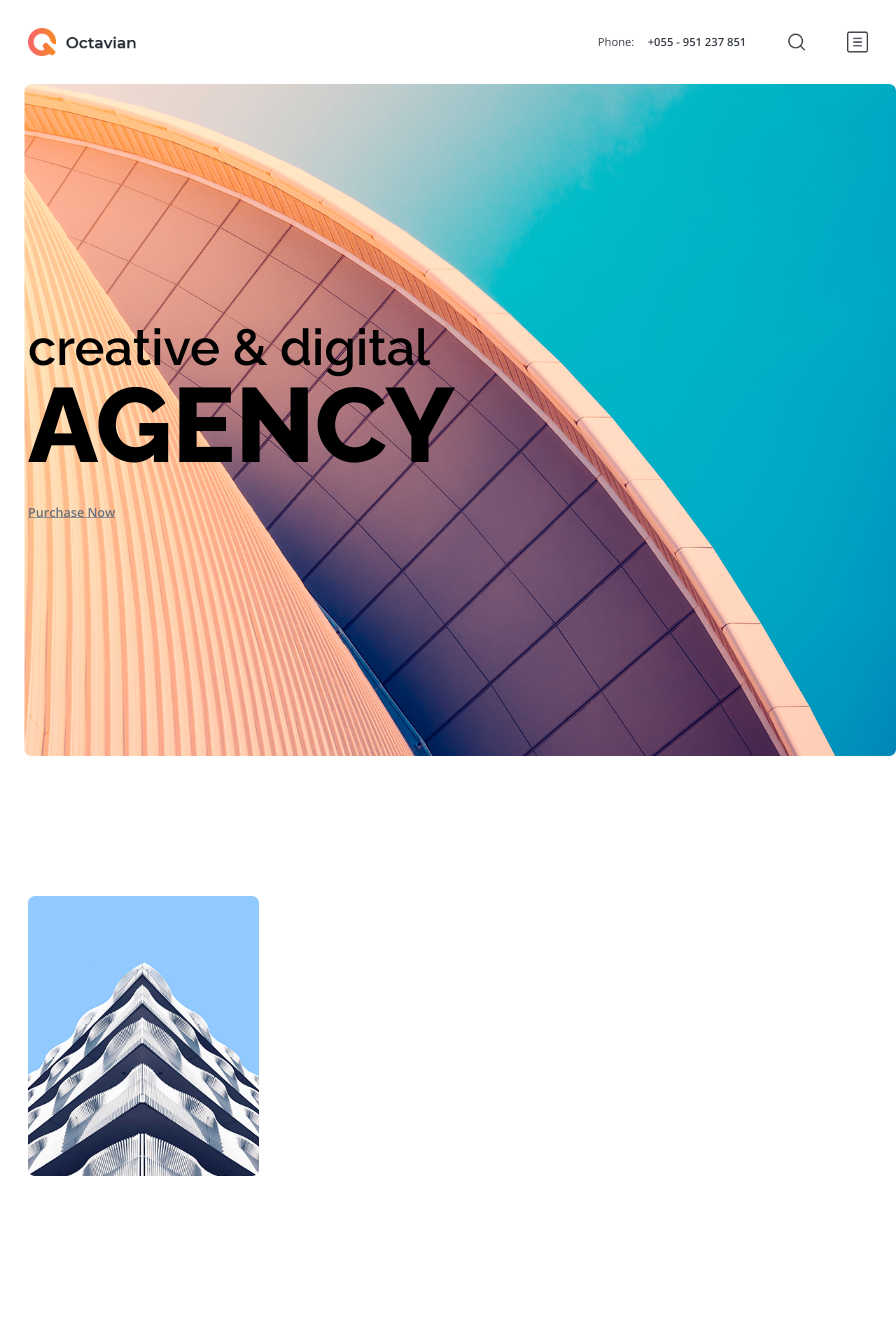
Repository: kate30980/LP-practiceoctavian
Page: index.html
An editor plug-in stored every save of this project. The page is shown before and after the next save, followed by the edit.
The browser window is 1280 px wide. The pictures show the whole page, at 70% of full size.
The style sheet was rebuilt from its Sass, Less or Tailwind sources for each picture, by a compiler version that may differ from the author's.

Above is the page before, as saved 2021-08-25 09:29:39.

### index.html
<!DOCTYPE html>
<html lang="en">

<head>
    <meta charset="UTF-8">
    <meta http-equiv="X-UA-Compatible" content="IE=edge">
    <meta name="viewport" content="width=device-width, initial-scale=1.0">
    <title>Octavian LP</title>
    <script type="module" src="https://unpkg.com/ionicons@5.5.2/dist/ionicons/ionicons.esm.js"></script>
    <script nomodule src="https://unpkg.com/ionicons@5.5.2/dist/ionicons/ionicons.js"></script>
    <link rel="preconnect" href="https://fonts.googleapis.com">
    <link rel="preconnect" href="https://fonts.gstatic.com" crossorigin>
    <link
        href="https://fonts.googleapis.com/css2?family=Open+Sans:wght@300;400;600;700&family=Raleway:wght@600;700;800&display=swap"
        rel="stylesheet">
    <link rel="stylesheet" href="css/app.css">
</head>

<body>
    <header class="header">
        <div class="container">
            <div class="header-main">
                <img src="./images/logo.png" alt="logo-header" class="header-logo">
                <div class="navigation">
                    <p class="header-phone">Phone: <span>+055 - 951 237 851</span></p>
                    <img src="./images/icon-search.png" alt="" class="icon-search">
                    <img src="./images/icon-bars.png" alt="" class="icon-toggle">
                </div>
            </div>
        </div>
    </header>
    <main>
        <section class="hero">
            <img src="./images/img1.png" alt="img-header" class="hero-image">
            <div class="container">
                <div class="hero-content">
                    <h2 class="hero-caption second-font">creative & digital</h2>
                    <h1 class="hero-heading second-font">Agency</h1>
                    <a href="#" class="hero-link">Purchase Now</a>
                </div>
            </div>
        </section>
        <section class="portfolio">
            <div class="container">
                <div class="portfolio-list">
                    <div class="portfolio-collumn">
                        <div class="portfolio-item">
                            <div class="portfolio-image">
                                <img src="./images/img2.png" alt="img2">
                            </div>
                        </div>
                    </div>
                    <div class="portfolio-collumn"></div>
                    <div class="portfolio-collumn"></div>
                </div>
            </div>
        </section>
    </main>
</body>

</html>

### sass/app.scss
@import "variables";
@import "reset";
@import "base";
@import "header";
@import "hero";
@import "portfolio";

### sass/_variables.scss
$primary-font: "Open sans", sans-serif;
$secondary-font: "Raleway", sans-serif;
$gray: #393e46;
$gray-light: #6a727f;

### sass/_base.scss
body{
    font-family: $primary-font;
    font-size: 16px;
    line-height:1;
    color: $gray-light;
    max-width: 1920px;
    margin: 0 auto;
}
.container{
    max-width: 1200px;
    margin: 0 auto;
    padding:0 15px;
}
.second-font{
    font-family: $secondary-font;
}

### sass/_header.scss
.header{
    &-main{
         display: flex;
         justify-content: space-between;
         align-items: center;
         padding: 40px 0;
    }
    &-phone{
        color: $gray;
        font-weight: 300;
        span{
            font-weight: 600;
            margin-left: 15px;
        }
    }
}
.navigation{
    display: flex;
    align-items: center;
    gap: 0 60px;
}

### sass/_hero.scss
.hero{
    position: relative;
    margin-bottom: 200px;
    &-image{
        margin-left: auto;
        display: block;
    }
    &-content{
        position: absolute;
        top: 50%;
        transform: translateY(-50%);
        z-index: 2;
    }
    &-caption{
        font-size: 72px;
        font-weight: 600;
        color: black;
    }
    &-heading{
        font-weight: 800;font-size: 150px;
        text-transform: uppercase;
        margin-bottom: 40px;
        color: black;
    }
    &-link{
        font-size: 18px;
        text-decoration: underline;
        color: $gray-light;
        display: inline-block;
        font-weight: 600;
    }
}

### sass/_portfolio.scss
.portfolio{
    margin-bottom: 200px;
    &-list{
        display: grid;
        grid-template-columns: repeat(3,1fr);
        grid-gap: 0 90px;
    }
}

Loaded but not shown: sass/_reset.scss (common file)

After the next save:
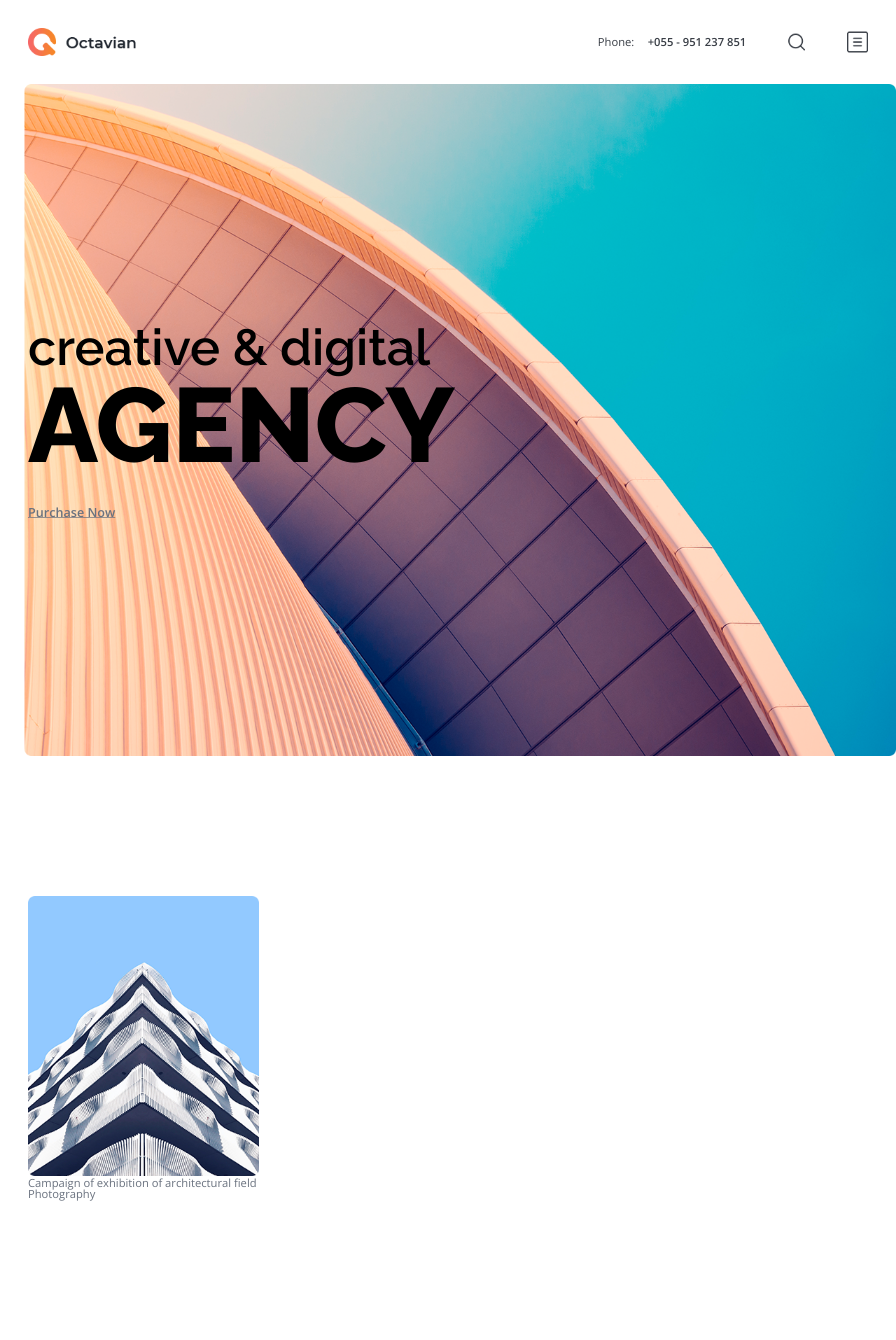
Saved 82 s later.
--- a/index.html
+++ b/index.html
@@ -48,6 +48,8 @@
                             <div class="portfolio-image">
                                 <img src="./images/img2.png" alt="img2">
                             </div>
+                            <h3 class="portfolio-title">Campaign of exhibition of architectural field</h3>
+                            <div class="portfolio-category">Photography</div>
                         </div>
                     </div>
                     <div class="portfolio-collumn"></div>
